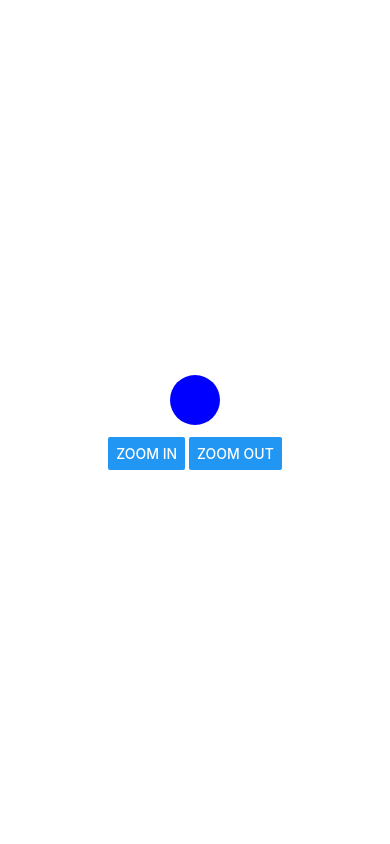
Repository: nayi10/miola
Screen: /
The author's editor kept a copy of each file at every save. The screen is drawn from the files as they stood at one save, then again after the next save.
The app was drawn by React Native's web renderer in a window 390 px wide. The project was rebuilt for these pictures with package versions that can differ from the ones it lists, and the page was loaded fresh each time.

Above is the screen before, as saved 2023-03-31 04:24:21.

### App.js
import React, { useState, useEffect } from 'react';
import { Animated, Text, StyleSheet, View, Button } from 'react-native';

const FadeInView = () => {
  const [zoomAnim] = useState(new Animated.Value(0))
  const [size, setSize] = useState(50);

  useEffect(() => {
  Animated.timing(
      zoomAnim,
      {
        toValue: size,
        duration: 1000,
      }
    ).start();
  }, [size])

  const zoomIn = () => setSize((prev) => prev + 50);

  const zoomOut = () => setSize((prev) => prev - 50);

  return (
  <View style={styles.container}>
    <Animated.View
      style={{
        ...styles.box,
        width: zoomAnim,
        height: zoomAnim,
      }}
    >
    </Animated.View>
    <View style={{display: 'flex', flexDirection: 'row', justifyContent: 'space-evenly'}}>
      <Button title="Zoom in" onPress={zoomIn}/>
      <View style={{width: 4}}/>
      <Button title="Zoom out" onPress={zoomOut}/>
      </View>
    </View>
  );
}

const styles = StyleSheet.create({
  box: {
    backgroundColor: 'blue',
    borderRadius: 100,
    marginBottom: 12,
  },
  container: {
    flex: 1,
    alignItems: "center",
    justifyContent: "center",
    padding: 16,
  },
})
export default FadeInView;

After the next save:
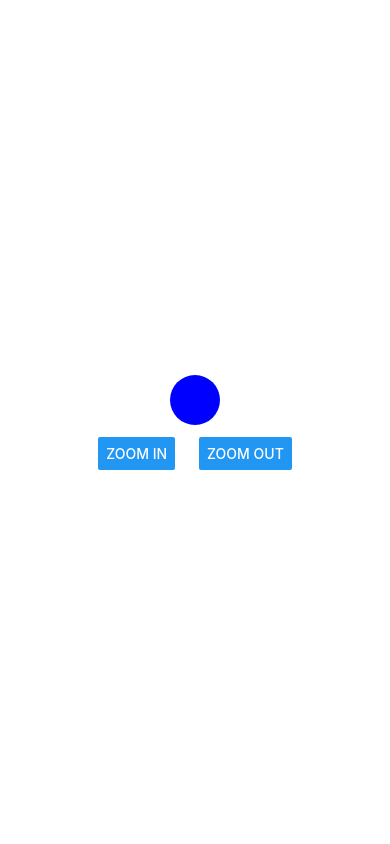
Saved 4 h 45 min later.
--- a/App.js
+++ b/App.js
@@ -29,7 +29,7 @@ const FadeInView = () => {
       }}
     >
     </Animated.View>
-    <View style={{display: 'flex', flexDirection: 'row', justifyContent: 'space-evenly'}}>
+    <View style={{display: 'flex', flexDirection: 'row', gap: 10, justifyContent: 'space-evenly'}}>
       <Button title="Zoom in" onPress={zoomIn}/>
       <View style={{width: 4}}/>
       <Button title="Zoom out" onPress={zoomOut}/>
